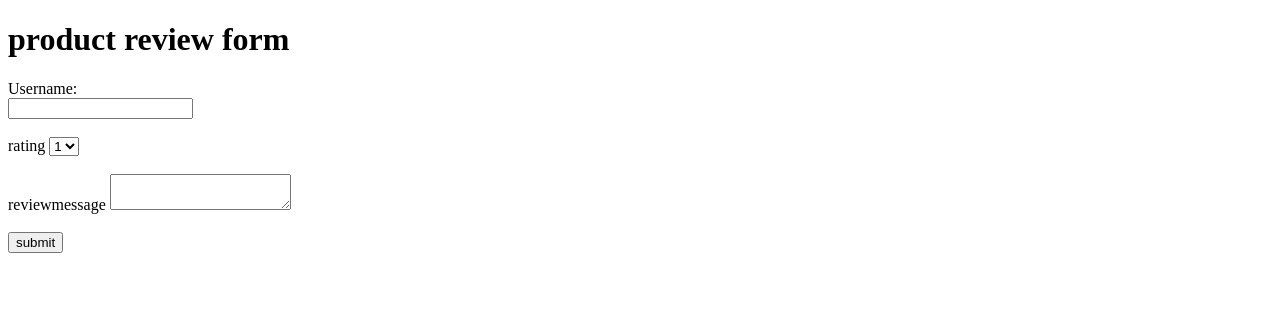
Repository: avishahir4812-crypto/Web-Development-Assignment
Page: session 3/form.html
These files come from the project's save history. The page is drawn as it stood at one moment and after the next save; the edit follows.
The browser window is 1280 px wide. The pictures show the whole page.

Above is the page before, as saved 2026-06-28 10:03:32.

After the next save:
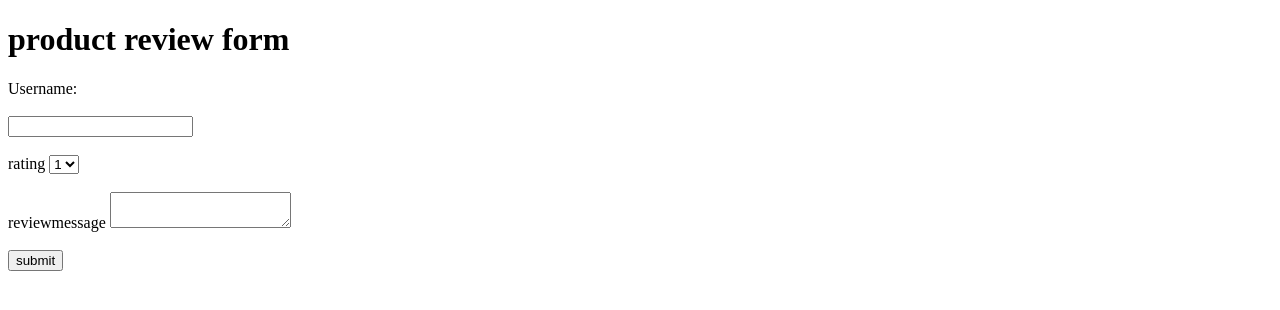
Saved 24 s later.
--- a/session 3/form.html
+++ b/session 3/form.html
@@ -8,7 +8,7 @@
 <body>
     <h1>product review form</h1>
     <form action="" method="post">
-       <label for="username">Username:</label><br>
+       <label for="username">Username:</label><br><br>
     <input type="text" id="username" name="username" required><br><br>
 
         <label for="rating">rating</label>

After the save that followed:
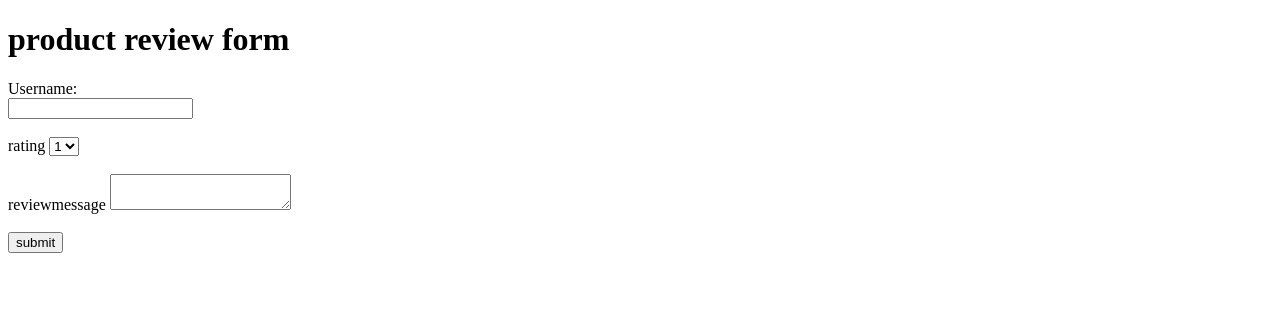
Saved 11 s later.
--- a/session 3/form.html
+++ b/session 3/form.html
@@ -8,7 +8,7 @@
 <body>
     <h1>product review form</h1>
     <form action="" method="post">
-       <label for="username">Username:</label><br><br>
+       <label for="username">Username:</label><br>
     <input type="text" id="username" name="username" required><br><br>
 
         <label for="rating">rating</label>
